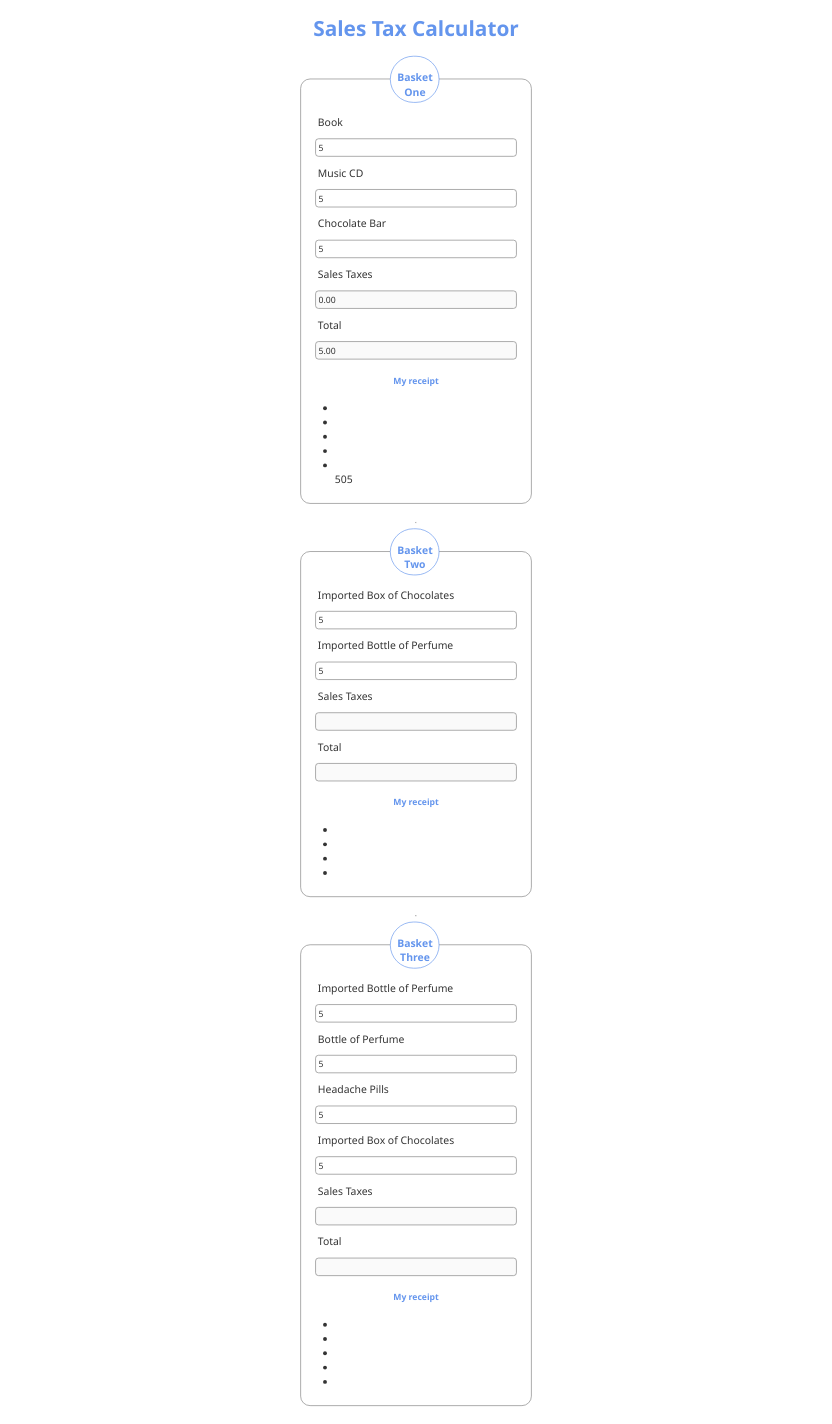
Repository: duzzisantos/sales-tax
Page: index.html
The author's editor kept a copy of each file at every save. The page is drawn from the files as they stood at one save, then again after the next save.
The browser window is 1280 px wide. The pictures show the whole page, at 65% of full size.
Empty fields were first filled with sample values (such as "Sample", 5 or name@example.com).
After loading, the first visible `#book` was changed once.

Above is the page before, as saved 2022-05-25 22:07:50.

### index.html
<!DOCTYPE html>
<html lang="en">

<head>
    <meta charset="UTF-8">
    <meta http-equiv="X-UA-Compatible" content="IE=edge">
    <meta name="viewport" content="width=device-width, initial-scale=1.0">
    <link href="style.css" rel="stylesheet">
    <title>Sales Tax Calculator</title>
</head>

<body>
    <h1>Sales Tax Calculator</h1>
    <section id="container">
        <fieldset>
            <legend>
                <h4>Basket One</h4>
            </legend>
            <form class="formOne">
                <label for="book">Book</label>
                <input id="book" type="number" name="book" onchange="basketOne()" />
                <label for="musicCD">Music CD</label>
                <input id="musicCD" type="number" name="musicCD" onchange="basketOne()" />
                <label for="chocolateBar">Chocolate Bar</label>
                <input id="chocolateBar" type="number" name="chocolateBar" onchange="basketOne()" />
                <label for="sales-taxes">Sales Taxes</label>
                <input id="sales-taxes" type="number" name="sales-taxes" onchange="basketOne()" disabled />
                <label for="total">Total</label>
                <input id="total" type="number" name="total" onchange="basketOne()" disabled />
            </form>
            <h5>My receipt</h5>
            <ul id="listOne">
                <li></li>
                <li></li>
                <li></li>
                <li></li>
                <li></li>
            </ul>
        </fieldset>
        <hr>

        <fieldset>
            <legend>
                <h4>Basket Two</h4>
            </legend>
            <form class="formTwo">
                <label for="imported-box-chocolate">Imported Box of Chocolates</label>
                <input id="imported-box-chocolate" type="number" name="imported-box-chocolate" onchange="basketTwo()" />
                <label for="imported-perfume">Imported Bottle of Perfume</label>
                <input id="imported-perfume" type="number" name="imported-perfume" onchange="basketTwo()" />

                <label for="sales-taxes2">Sales Taxes</label>
                <input id="sales-taxes2" type="number" name="sales-taxes2" onchange="basketTwo()" disabled />
                <label for="total">Total</label>
                <input disabled id="total2" type="number" name="total2" onchange="basketTwo()" />
            </form>

            <h5>My receipt</h5>
            <ul id="listTwo">
                <li></li>
                <li></li>
                <li></li>
                <li></li>
            </ul>
        </fieldset>
        <hr>

        <fieldset>
            <legend>
                <h4>Basket Three</h4>
            </legend>
            <form class="formThree">
                <label for="imported-perfume2">Imported Bottle of Perfume</label>
                <input id="imported-perfume2" type="number" name="imported-perfume2" onchange="basketThree()" />
                <label for="bottle-perfume">Bottle of Perfume</label>
                <input id="bottle-perfume" type="number" name="bottle-perfume" onchange="basketThree()" />
                <label for="pills">Headache Pills</label>
                <input id="pills" type="number" name="pills" onchange="basketThree()" />
                <label for="imported-box-chocolate2">Imported Box of Chocolates</label>
                <input id="imported-box-chocolate2" type="number" name="imported-box-chocolate2"
                    onchange="basketThree()" />
                <label for=" sales-taxes3">Sales Taxes</label>
                <input id="sales-taxes3" type="number" name="sales-taxes3" onchange="basketThree()" disabled />
                <label for="total3">Total</label>
                <input disabled id="total3" type="number" name="total3" onchange="basketThree()" />
            </form>

            <h5>My receipt</h5>
            <ul id="listThree">
                <li></li>
                <li></li>
                <li></li>
                <li></li>
                <li></li>
            </ul>
        </fieldset>
    </section>
</body>
<script src="first.js"></script>
<script src="second.js"></script>
<script src="third.js"></script>
<script src="index.js"></script>

</html>

### style.css
*{
    color: rgb(0,0,0,0.8);
    font-family: 'Segoe UI', Tahoma, Geneva, Verdana, sans-serif;
}

#container{
    display: flex;
    flex-direction: column;
    align-items: center;
    justify-content: center;
    bottom: 0;
}

fieldset{
    height: fit-content;
    width: 20%;
    border: 1px solid grey;
    border-radius: 15px;
    margin-bottom: 20px;
}

legend{
    height: 70px;
    width: 70px;
    border: 1px solid cornflowerblue;
    border-radius: 50px;
    margin-left: 38%;
}

legend h4, h5, h1{
    text-align: center;
    color: cornflowerblue;
}
label, input{
    display: block;
    margin: 10px;
    padding: 4px;
}

input{
    width: 300px;
    border-radius: 5px;
    border: 1px solid grey;
}

### first.js
//Variables for tax rate
let taxFree = 0;
let basicTax = 10;
let importDuty = 5;

//imported basic taxable items attract an extra non-negotiable tax rate of 5%, therefore 10% + 5% = 15%
let basicPlusImportDuty = basicTax + importDuty;

//An app that computes the first basket of goods
const basketOne = () => {
  let book = document.getElementById("book").value;
  let musicCD = document.getElementById("musicCD").value;
  let chocolateBar = document.getElementById("chocolateBar").value;

  // The plus sign is used in front of every variable to indicate to JavaScript that they are numerical values
  // Without this, they would become concatenated strings

  //these are the sums of the items and their taxes
  let bookPlusTax = +taxFree * +book + +book;
  let musicCDPlusTax = (basicTax * +musicCD) / 100 + +musicCD;
  let chocolateBarPlusTax = +taxFree * +chocolateBar + +chocolateBar;

  //this computes the total price paid by the customer
  let netPayment = +bookPlusTax + +musicCDPlusTax + +chocolateBarPlusTax;
  document.getElementById("total").value = netPayment.toFixed(2);

  //this computes the total sales tax generated
  let totalTaxes =
    bookPlusTax -
    book +
    (musicCDPlusTax - musicCD) +
    (chocolateBarPlusTax - chocolateBar);

  //Math.ceil and toFixed method helps us round up to the nearest 0.05
  document.getElementById("sales-taxes").value = (
    Math.ceil(totalTaxes * 20) / 20
  ).toFixed(2);

  //Receipt list
  const listOne = document.getElementById("listOne");
  listOne.append(book, musicCD, chocolateBar, totalTaxes, netPayment);
};

### second.js
//Variables for tax rate
let basicTax2 = 10;
let importDuty2 = 5;

//imported basic taxable items attract an extra non-negotiable tax rate of 5%, therefore 10% + 5% = 15%
let basicPlusImportDuty2 = basicTax2 + importDuty2;

//An app that computes the second basket of goods
const basketTwo = () => {
  let importedChocolate = document.getElementById(
    "imported-box-chocolate"
  ).value;
  let importedPerfume2 = document.getElementById("imported-perfume").value;

  // The plus sign is used in front of every variable to indicate to JavaScript that they are numerical values
  // Without this, they would become concatenated strings

  //these are the sums of the imported items and their taxes
  let importedChocolatePlusTax =
    (importDuty2 * +importedChocolate) / 100 + +importedChocolate;
  let importedPerfume2PlusTax =
    (basicPlusImportDuty2 * +importedPerfume2) / 100 + +importedPerfume2;

  //Math.ceil and toFixed method helps us round up to the nearest 0.05
  //this computes the total price paid by the customer
  let netPayment = +importedChocolatePlusTax + +importedPerfume2PlusTax;
  document.getElementById("total2").value = (
    Math.ceil(netPayment * 20) / 20
  ).toFixed(2);

  //this computes the total sales tax generated
  let totalTaxes =
    (importDuty2 * +importedChocolate) / 100 +
    (basicPlusImportDuty2 * +importedPerfume2) / 100;
  document.getElementById("sales-taxes2").value = (
    Math.ceil(totalTaxes * 20) / 20
  ).toFixed(2);
};

### third.js
//Variables for tax rate
let taxFree3 = 0;
let basicTax3 = 10;
let importDuty3 = 5;
let basicPlusImportDuty3 = basicTax3 + importDuty3;


//App that computes the third basket of goods
const basketThree = () => {
    let importedPerfume2 = document.getElementById("imported-perfume2").value;
    let bottlePerfume = document.getElementById("bottle-perfume").value;
    let pills = document.getElementById("pills").value;
    let importedChocolate2 = document.getElementById("imported-box-chocolate2").value;


    //    // The plus sign is used in front of every variable to indicate to JavaScript that they are numerical values
     // Without this, they would become concatenated strings

    //these are the sums of the imported items and their taxes
    let importedPerfume2PlusTax = (basicPlusImportDuty3 * +importedPerfume2) / 100 + +importedPerfume2;
    let bottlePerfumePlusTax =
      (basicTax3 * +bottlePerfume) / 100 + +bottlePerfume;
    let pillsPlusTax = (taxFree3 * +pills) + +pills;
    let importedChocolate2PlusTax =
      (importDuty3 * +importedChocolate2) / 100 + +importedChocolate2;

    //Math.ceil and toFixed method helps us round up to the nearest 0.05
    //This computes the prices plus their taxes
    let netPayment =
      importedPerfume2PlusTax +
      bottlePerfumePlusTax +
      pillsPlusTax +
      importedChocolate2PlusTax;
    document.getElementById("total3").value = (Math.ceil(netPayment * 20) / 20).toFixed(2);

    //this computes the total taxes generated from selling basket three
    let totalTaxes =
      importedPerfume2PlusTax -
      importedPerfume2 +
      (bottlePerfumePlusTax - bottlePerfume) +
      (pillsPlusTax - pills) +
      (importedChocolate2PlusTax - importedChocolate2);

    document.getElementById("sales-taxes3").value = (
        Math.ceil(totalTaxes * 20) / 20
      ).toFixed(2);
  };

### index.js
//This is responsible for the DOM Manipulation
//This helps the user to display a simple receipt

After the next save:
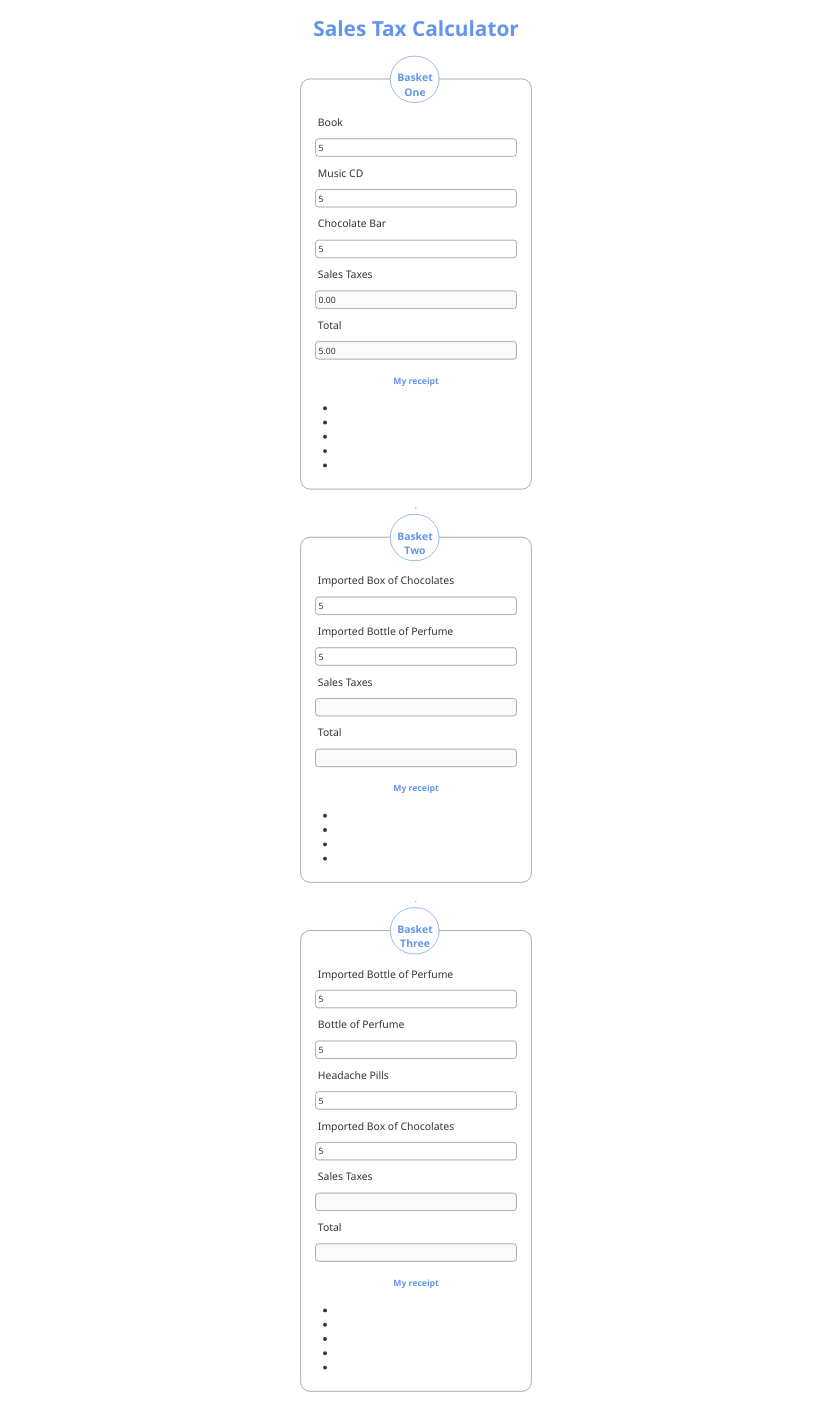
Console error: TypeError: Failed to execute 'appendChild' on 'Node': parameter 1 is not of type 'Node'.
Saved 100 s later.
--- a/first.js
+++ b/first.js
@@ -38,5 +38,5 @@ const basketOne = () => {
 
   //Receipt list
   const listOne = document.getElementById("listOne");
-  listOne.append(book, musicCD, chocolateBar, totalTaxes, netPayment);
+  listOne.appendChild(book, musicCD, chocolateBar, totalTaxes, netPayment);
 };
